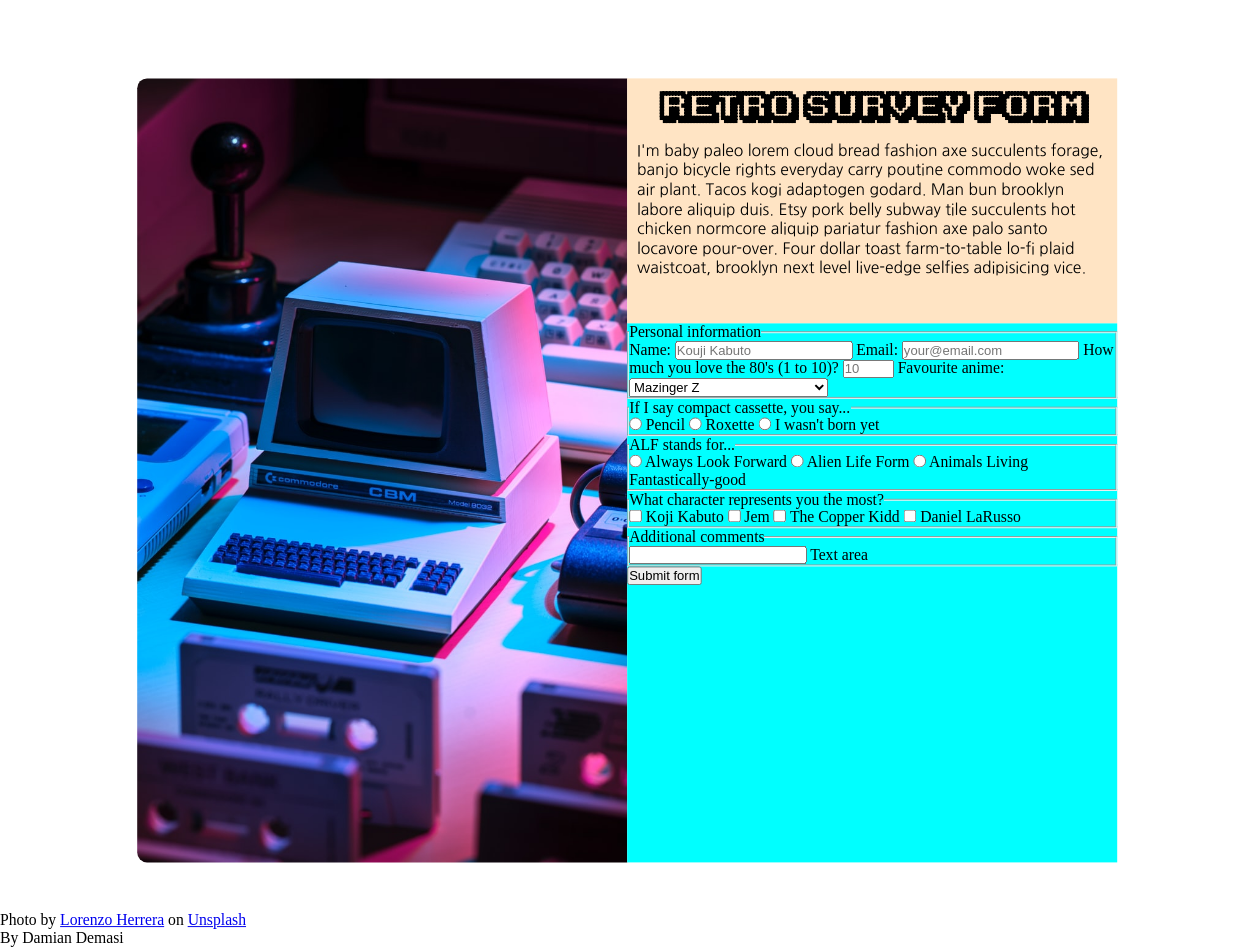
Repository: Colo-Codes/freecodecamp-02-Build-a-Survey-Form
Page: index.html
An editor plug-in stored every save of this project. The page is shown before and after the next save, followed by the edit.
The browser window is 1280 px wide. The pictures show the whole page, at 98% of full size.

Above is the page before, as saved 2021-05-18 16:57:24.

After the next save:
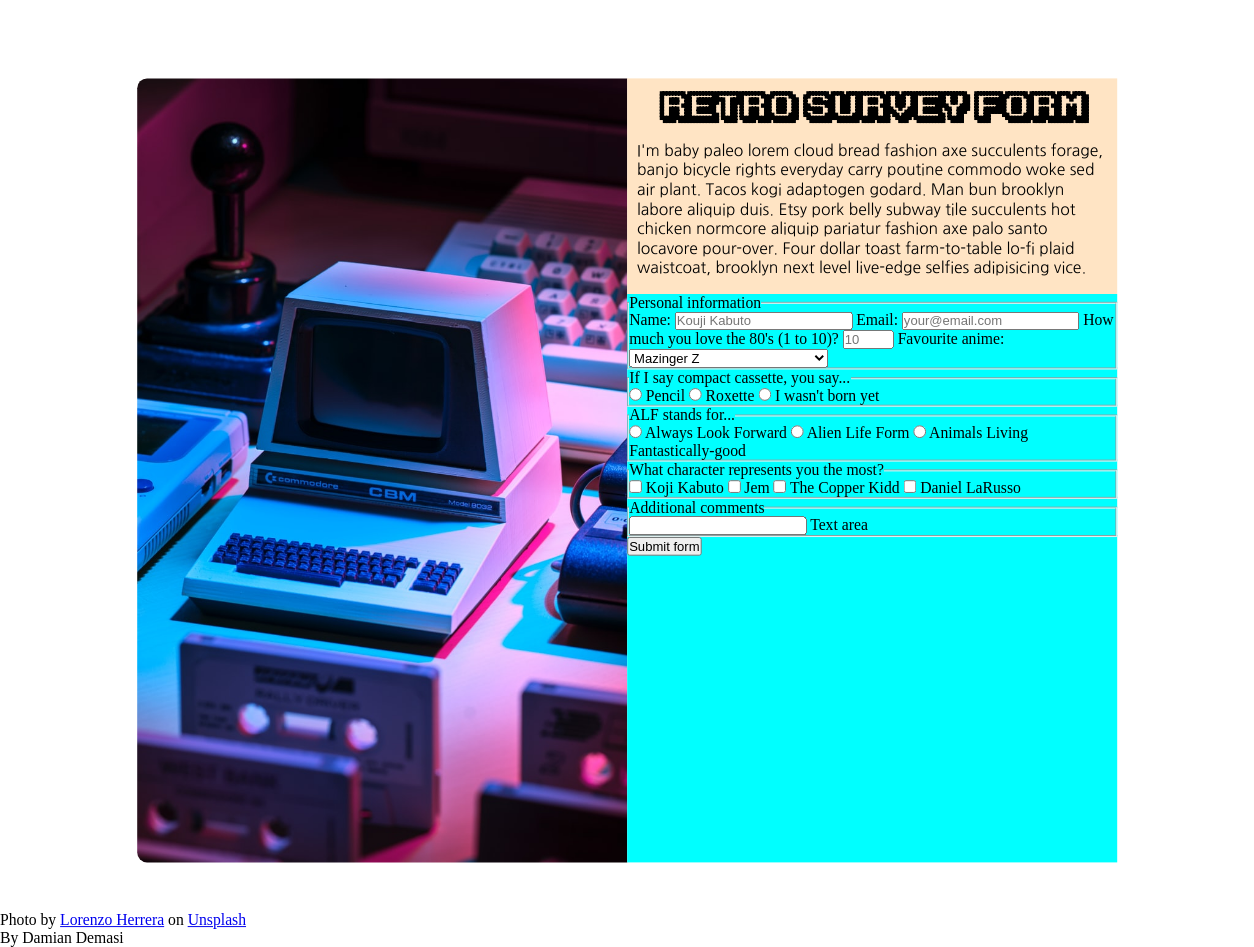
Saved 7 s later.
--- a/resources/css/index.css
+++ b/resources/css/index.css
@@ -24,7 +24,7 @@ html {
     margin: 5rem auto 50px auto;
     border-radius: 10px;
     /* border: 1px solid red; */
-    grid-template: 250px 1fr / 1fr 1fr;
+    grid-template: 220px 1fr / 1fr 1fr;
 }
 #main-image {
     background-image: url(../img/lorenzo-herrera-p0j-mE6mGo4-unsplash.jpg);
